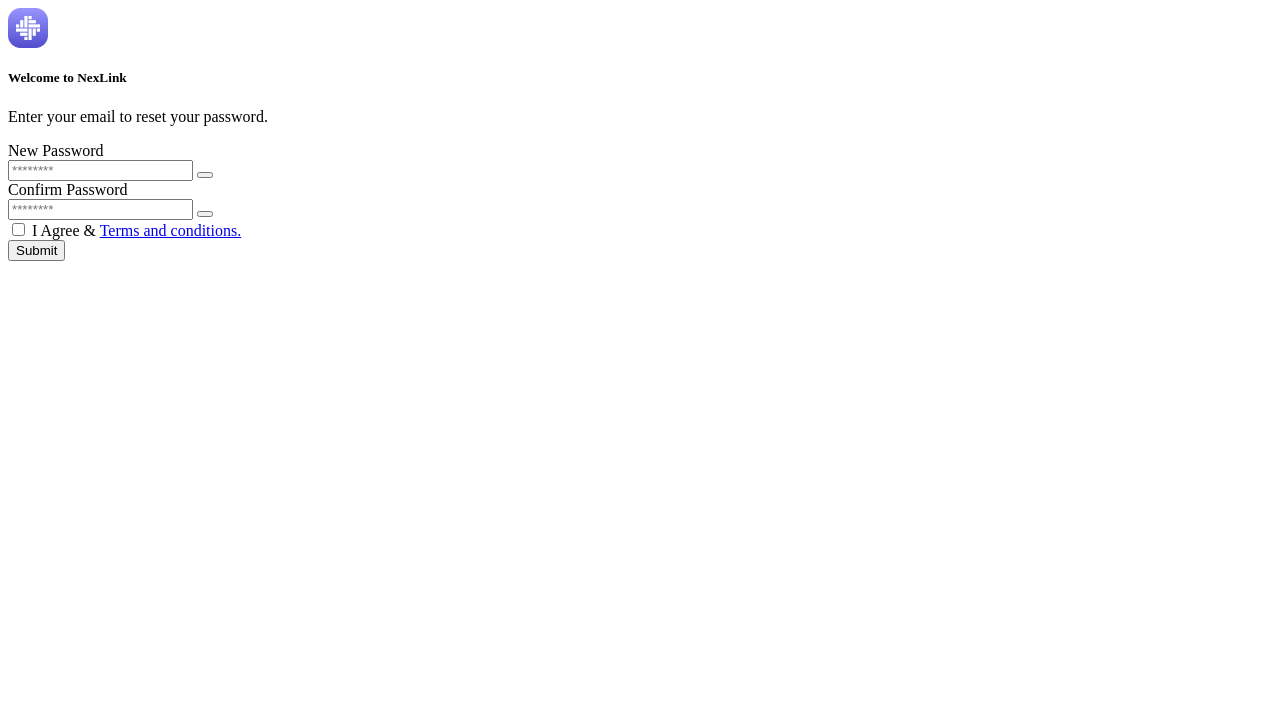
Repository: rudrah-hub/ecommerce-saas
Page: resources/views/auth/reset-password.blade.php
An editor plug-in stored every save of this project. The page is shown before and after the next save, followed by the edit.
The browser window is 1280 px wide. The pictures show the whole page.
The page is served by the project's Laravel application, run on PHP 8.4 with Laravel 12. Other server files are loaded and not shown. The template is opened directly, without the code that normally fills it, so the values that code supplies are empty.

Above is the page before, as saved 2026-01-19 17:41:37.

### routes/web.php
<?php

use Illuminate\Support\Facades\Route;

Route::get('/', function () {
    return view('auth.register');
})->name('auth.register');

Route::get('/register', function () {
    return view('auth.register');
})->name('auth.register');

Route::get('/login', function () {
    return view('auth.login');
})->name('auth.login');

Route::get('/forgot-password', function () {
    return view('auth.forgot-password');
})->name('auth.forgot-password');

### resources/views/auth/reset-password.blade.php
    <div class="page-layout">

        <div class="auth-frame-wrapper">
            <div class="row g-0 h-100">
                <div class="col-xl-8 col-lg-7 col-md-6">
                    <div class="auth-frame" style="background-image: url(assets/images/auth/auth-frame.webp);"></div>
                </div>
                <div class="col-xl-4 col-lg-5 col-md-6 align-self-center">
                    <div class="p-4 p-sm-5 maxw-450px m-auto">
                        <div class="mb-4 text-center">
                            <a href="index.html" aria-label="NexLink logo">
                                <img class="visible-light" src="assets/images/logo.svg" alt="NexLink logo">
                            </a>
                        </div>
                        <div class="text-center mb-5">
                            <h5 class="mb-1">Welcome to NexLink</h5>
                            <p>Enter your email to reset your password.</p>
                        </div>
                        <form action="authentication/login-frame.html">
                            <div class="mb-4">
                                <label class="form-label" for="newPassword">New Password</label>
                                <div class="password-wrapper">
                                    <input type="password" class="form-control" id="newPassword" placeholder="********">
                                    <button type="button" class="toggle-password" aria-pressed="false"
                                        aria-label="Show password" title="Show password">
                                        <i class="close fi fi-rr-eye-crossed" aria-hidden="true"></i>
                                        <i class="open fi fi-rr-eye" aria-hidden="true"></i>
                                    </button>
                                </div>
                            </div>
                            <div class="mb-4">
                                <label class="form-label" for="confirmPassword">Confirm Password</label>
                                <div class="password-wrapper">
                                    <input type="password" class="form-control" id="confirmPassword"
                                        placeholder="********">
                                    <button type="button" class="toggle-password" aria-pressed="false"
                                        aria-label="Show password" title="Show password">
                                        <i class="close fi fi-rr-eye-crossed" aria-hidden="true"></i>
                                        <i class="open fi fi-rr-eye" aria-hidden="true"></i>
                                    </button>
                                </div>
                            </div>
                            <div class="mb-4">
                                <div class="form-check mb-0">
                                    <input class="form-check-input" type="checkbox" id="termsConditions" name="terms">
                                    <label class="form-check-label" for="termsConditions">
                                        I Agree &amp; <a href="javascript:void(0);">Terms and conditions.</a>
                                    </label>
                                </div>
                            </div>
                            <div class="clearfix">
                                <button type="submit" value="Submit"
                                    class="btn btn-primary waves-effect waves-light w-100 mb-3">Submit</button>
                            </div>
                        </form>
                    </div>
                </div>
            </div>
        </div>

    </div>

### resources/views/layouts/auth.blade.php
@extends('layouts.base')

@section('content')
    <div>
        <div>
            @include('auth.header')

            <div>
                @yield('page')
            </div>

            @include('auth.footer')
        </div>
    </div>
@endsection

### resources/views/auth/header.blade.php
<!DOCTYPE html>
<html lang="en">

<head>
    <meta charset="utf-8">
    <meta name="theme-color" content="#5955D1">
    <meta name="robots" content="index, follow">
    <meta name="author" content="LayoutDrop">

    <title>Ecommerce Saas</title>

    <meta name="viewport" content="width=device-width, initial-scale=1">

    <link rel="icon" type="image/png" href="assets/images/favicon.png">
    <link rel="apple-touch-icon" sizes="180x180" href="assets/images/apple-touch-icon.png">

    <link rel="preconnect" href="https://fonts.googleapis.com">
    <link rel="preconnect" href="https://fonts.gstatic.com" crossorigin>
    <link href="https://fonts.googleapis.com/css2?family=Instrument+Sans:ital,wght@0,400..700;1,400..700&display=swap"
        rel="stylesheet">

    <link rel="stylesheet" href="assets/libs/flaticon/css/all/all.css">
    <link rel="stylesheet" href="assets/libs/lucide/lucide.css">
    <link rel="stylesheet" href="assets/libs/fontawesome/css/all.min.css">
    <link rel="stylesheet" href="assets/libs/simplebar/simplebar.css">
    <link rel="stylesheet" href="assets/libs/node-waves/waves.css">
    <link rel="stylesheet" href="assets/libs/bootstrap-select/css/bootstrap-select.min.css">

    <link rel="stylesheet" href="assets/css/styles.css">

</head>

<body>

### resources/views/auth/footer.blade.php
<script src="assets/libs/global/global.min.js"></script>
<script src="assets/js/appSettings.js"></script>
<script src="assets/js/main.js"></script>

</body>

</html>

### resources/views/layouts/base.blade.php
<!DOCTYPE html>
<html lang="{{ app()->getLocale() }}">

<head>
</head>

<body>
    @yield('content')
</body>

</html>

### public/assets/libs/flaticon/css/all/all.css
@import "./all.rounded.css";
@import "./all.straight.css";
@import "../brands/all.css";

### public/assets/js/appSettings.js
// App settings default
let appSettings = {
    appTheme: 'light',
    appSidebar: 'full',
    appColor: 'blue',
};

// Update settings
function setAppSettings(newSettings = {}) {
    appSettings = {
        ...appSettings,
        ...newSettings
    };
    applySettings();
}

// Apply settings to DOM
function applySettings() {
    document.documentElement.setAttribute("data-bs-theme", appSettings.appTheme);

    if (window.innerWidth >= 1480) {
        document.documentElement.setAttribute("data-app-sidebar", appSettings.appSidebar);
    }

    document.documentElement.setAttribute("data-color-theme", appSettings.appColor);
}

// Initialize
document.addEventListener("DOMContentLoaded", applySettings);
window.setAppSettings = setAppSettings;

### public/assets/libs/flaticon/css/all/all.rounded.css
@import '../bold/rounded.css';
@import '../regular/rounded.css';
@import '../solid/rounded.css';
@import '../thin/rounded.css';

### public/assets/libs/flaticon/css/all/all.straight.css
@import '../bold/straight.css';
@import '../regular/straight.css';
@import '../solid/straight.css';
@import '../thin/straight.css';

Loaded but not shown: public/assets/libs/lucide/lucide.css (library); public/assets/libs/simplebar/simplebar.css (library); public/assets/libs/node-waves/waves.css (library); public/assets/css/styles.css (library); public/assets/libs/global/global.min.js (library); public/assets/libs/flaticon/css/brands/all.css (library); public/assets/libs/flaticon/css/bold/rounded.css (library); public/assets/libs/flaticon/css/regular/rounded.css (library); public/assets/libs/flaticon/css/solid/rounded.css (library); public/assets/libs/flaticon/css/thin/rounded.css (library); public/assets/libs/flaticon/css/bold/straight.css (library); public/assets/libs/flaticon/css/regular/straight.css (library); public/assets/libs/flaticon/css/solid/straight.css (library); public/assets/libs/flaticon/css/thin/straight.css (library); public/assets/ajax/search.json (268 lines, source omitted); public/assets/images/logo.svg (26 lines, source omitted); public/assets/js/main.js (554 lines, source omitted)

After the next save:
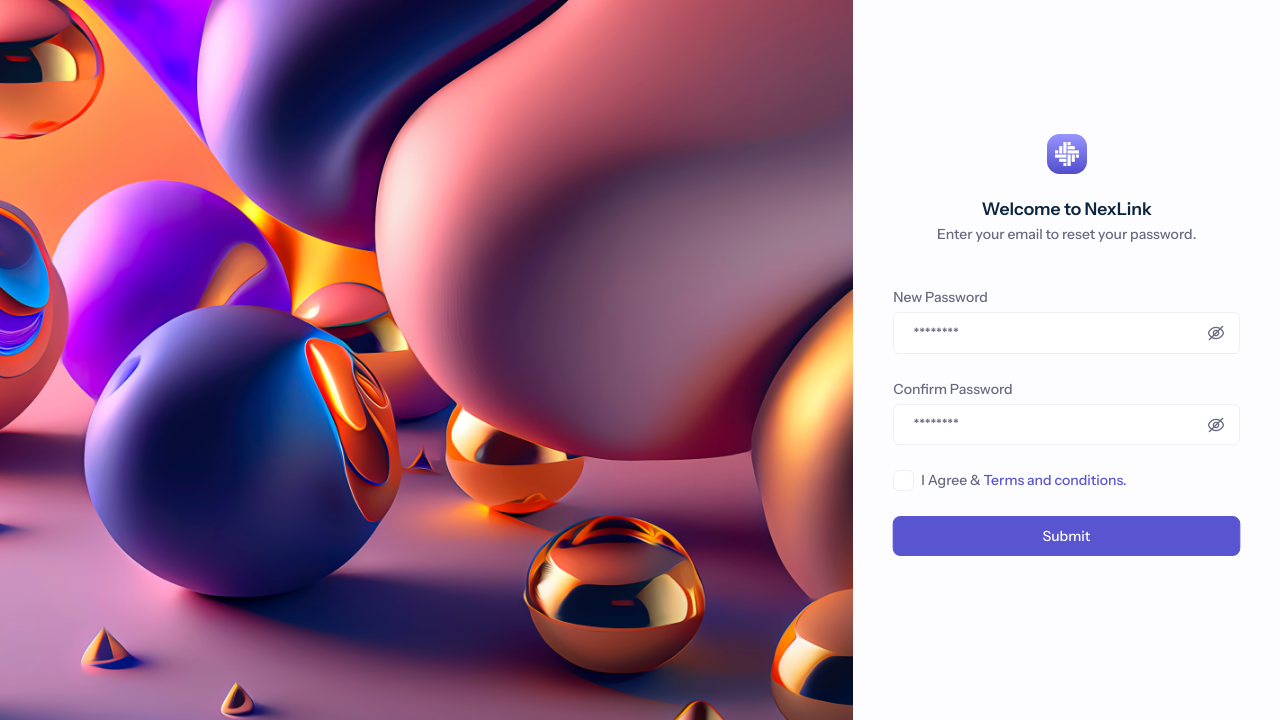
Saved 15 s later.
--- a/resources/views/auth/reset-password.blade.php
+++ b/resources/views/auth/reset-password.blade.php
@@ -1,3 +1,6 @@
+@extends('layouts.auth')
+
+@section('page')
     <div class="page-layout">
 
         <div class="auth-frame-wrapper">
@@ -31,8 +34,7 @@
                             <div class="mb-4">
                                 <label class="form-label" for="confirmPassword">Confirm Password</label>
                                 <div class="password-wrapper">
-                                    <input type="password" class="form-control" id="confirmPassword"
-                                        placeholder="********">
+                                    <input type="password" class="form-control" id="confirmPassword" placeholder="********">
                                     <button type="button" class="toggle-password" aria-pressed="false"
                                         aria-label="Show password" title="Show password">
                                         <i class="close fi fi-rr-eye-crossed" aria-hidden="true"></i>
